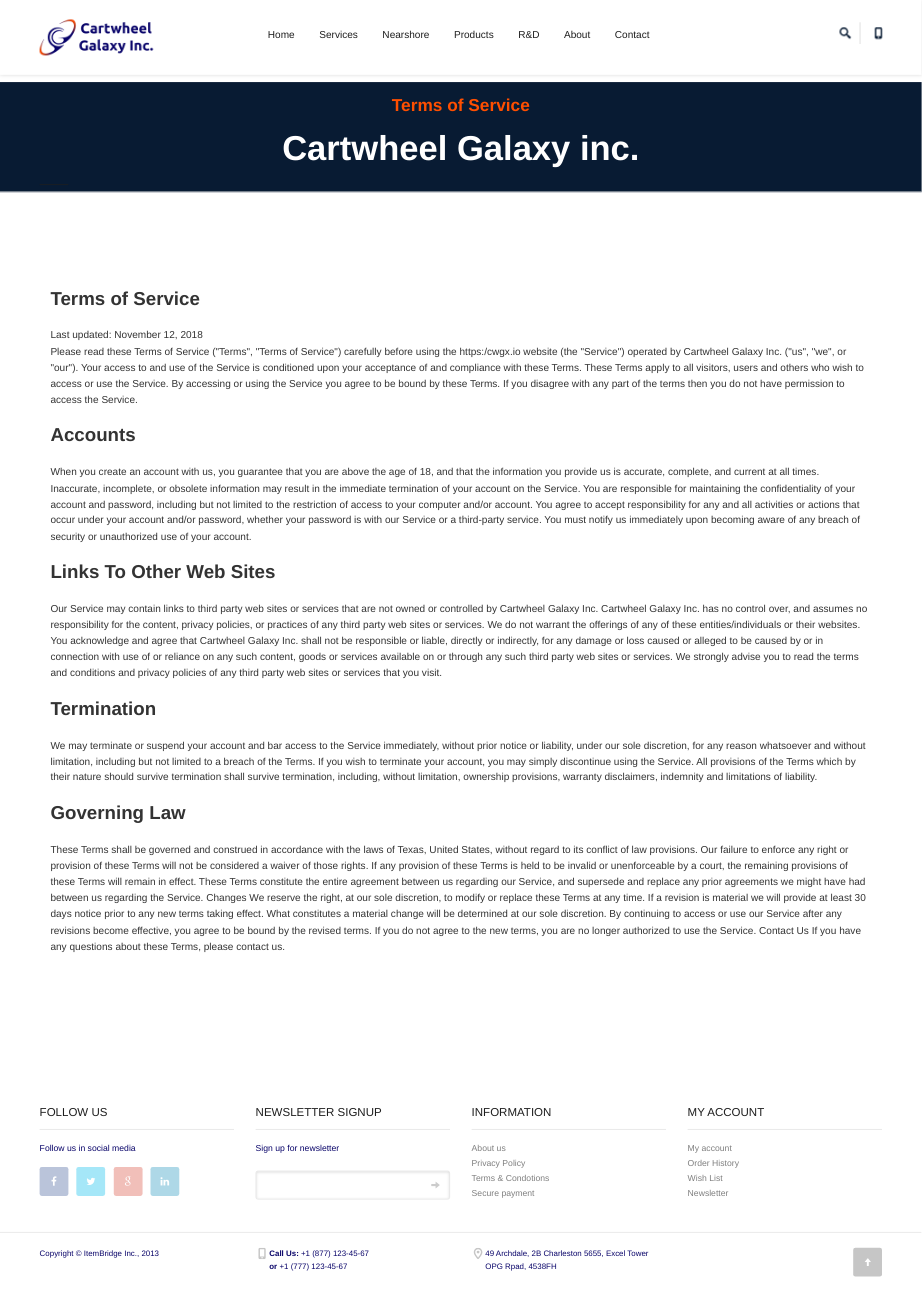
Repository: g-tecio/cwgx.io
Page: terms.html
The author's editor kept a record of every edit. The page is drawn from the files as they stood at one moment, then again after the next edit.
The browser window is 1280 px wide. The pictures show the whole page, at 72% of full size.

Above is the page before.

After the next edit:
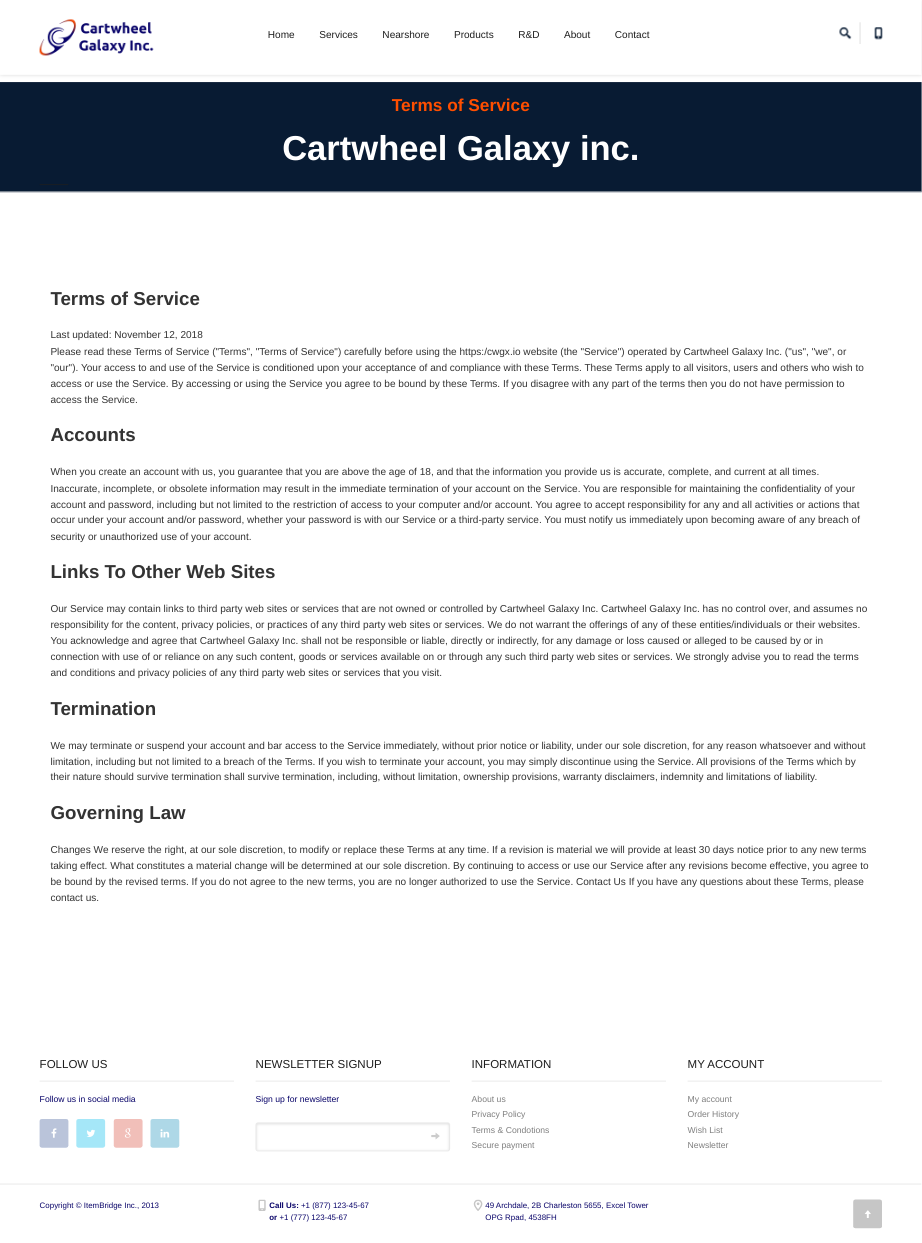
The edit:
--- a/terms.html
+++ b/terms.html
@@ -208,8 +208,6 @@
 
 </p>
 
-These Terms shall be governed and construed in accordance with the laws of Texas, United States, without regard to its conflict of law provisions.
-Our failure to enforce any right or provision of these Terms will not be considered a waiver of those rights. If any provision of these Terms is held to be invalid or unenforceable by a court, the remaining provisions of these Terms will remain in effect. These Terms constitute the entire agreement between us regarding our Service, and supersede and replace any prior agreements we might have had between us regarding the Service.
 Changes
 We reserve the right, at our sole discretion, to modify or replace these Terms at any time. If a revision is material we will provide at least 30 days notice prior to any new terms taking effect. What constitutes a material change will be determined at our sole discretion.
 By continuing to access or use our Service after any revisions become effective, you agree to be bound by the revised terms. If you do not agree to the new terms, you are no longer authorized to use the Service.
